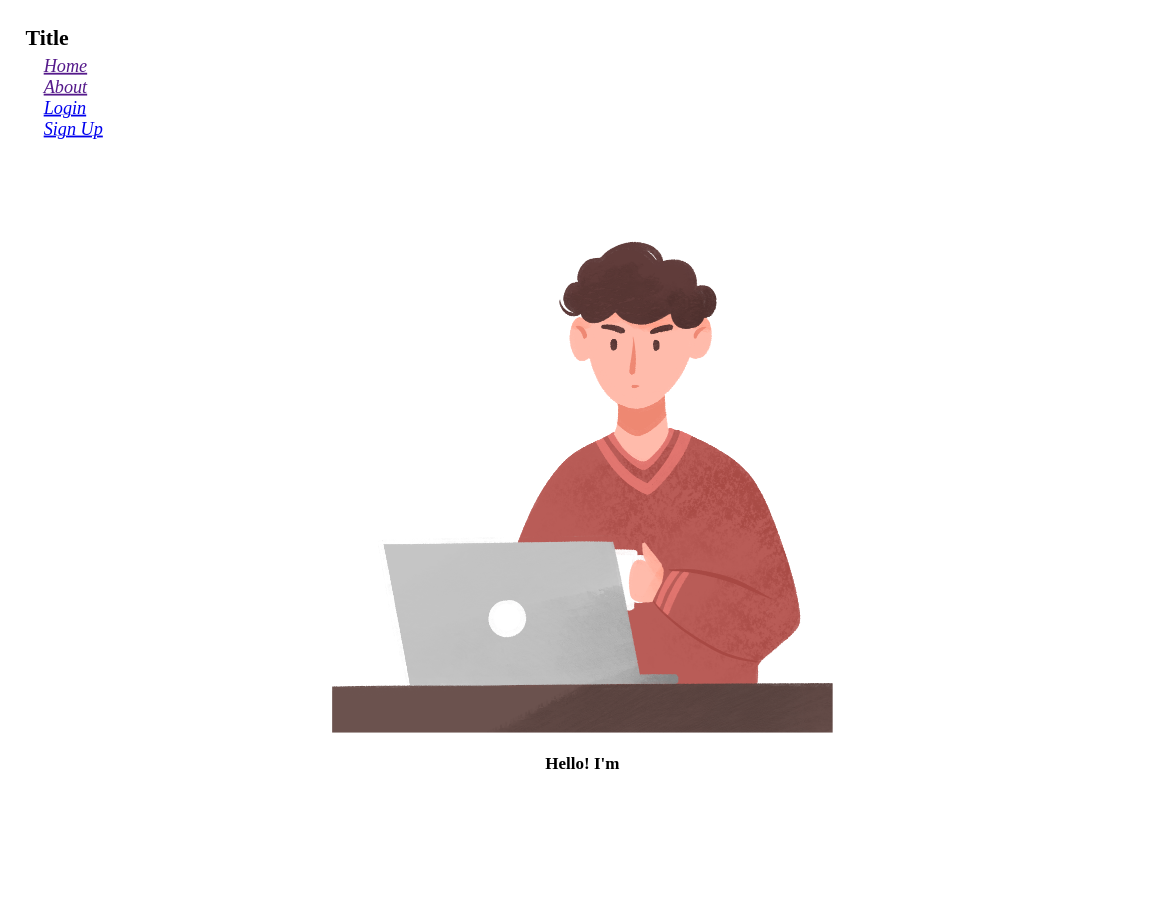
Repository: beruzz/ezen
Page: http://localhost/introduce/
These files come from the project's save history. The page is drawn as it stood at one moment and after the next save; the edit follows.
The browser window is 1280 px wide. The pictures show the whole page, at 91% of full size.
The page is served by Tomcat 9. Other server files are loaded and not shown.

Above is the page before, as saved 2022-12-12 11:32:30.

### JSP_Board&Member/introduce/src/main/webapp/index.jsp
<%@ page language="java" contentType="text/html; charset=UTF-8"
    pageEncoding="UTF-8"%>
<%@ taglib uri = "http://java.sun.com/jsp/jstl/core" prefix="c" %>
<!DOCTYPE html>
<html>
<head>
<meta charset="UTF-8">
<title>Insert title here</title>
<style>
	header {
  		display: flex;
  		justify-content: space-between;
  		align-items: center;
  		list-style: none;
	}
	header > h2 {
		margin-left:20px;
	}
	.one {
    	background-size: cover;
    	text-align: center;
    	padding-top: 180px;
    	padding-bottom: 130px;
	}
	ul {
		list-style: none;
	}
	.menu{
		font-size: 20px;
    	font-style: italic;
    	align-items: center;
    	padding-top: 80px;
   	    position: fixed;
    	height: 80px;
    	display: inline;
	}

</style>
</head>
<body>
	<header id="header">
	<h2>Title</h2>
		<nav class="menu">
			<ul>
				<li><a href="">Home</a></li>
				<li><a href="">About</a></li>
				<li><a href="/mc/login">Login</a></li>
				<li><a href="/mc/join">Sign Up</a></li>
			</ul>
		</nav>
	</header>
		<div class="one">
        	<span class="profile"><img src="./images/me.png" width="550px;" height="550px" alt=""></span>
        	<h3><strong>Hello! I'm </strong><br></h3>
      	</div>
</body>
</html>

After the next save:
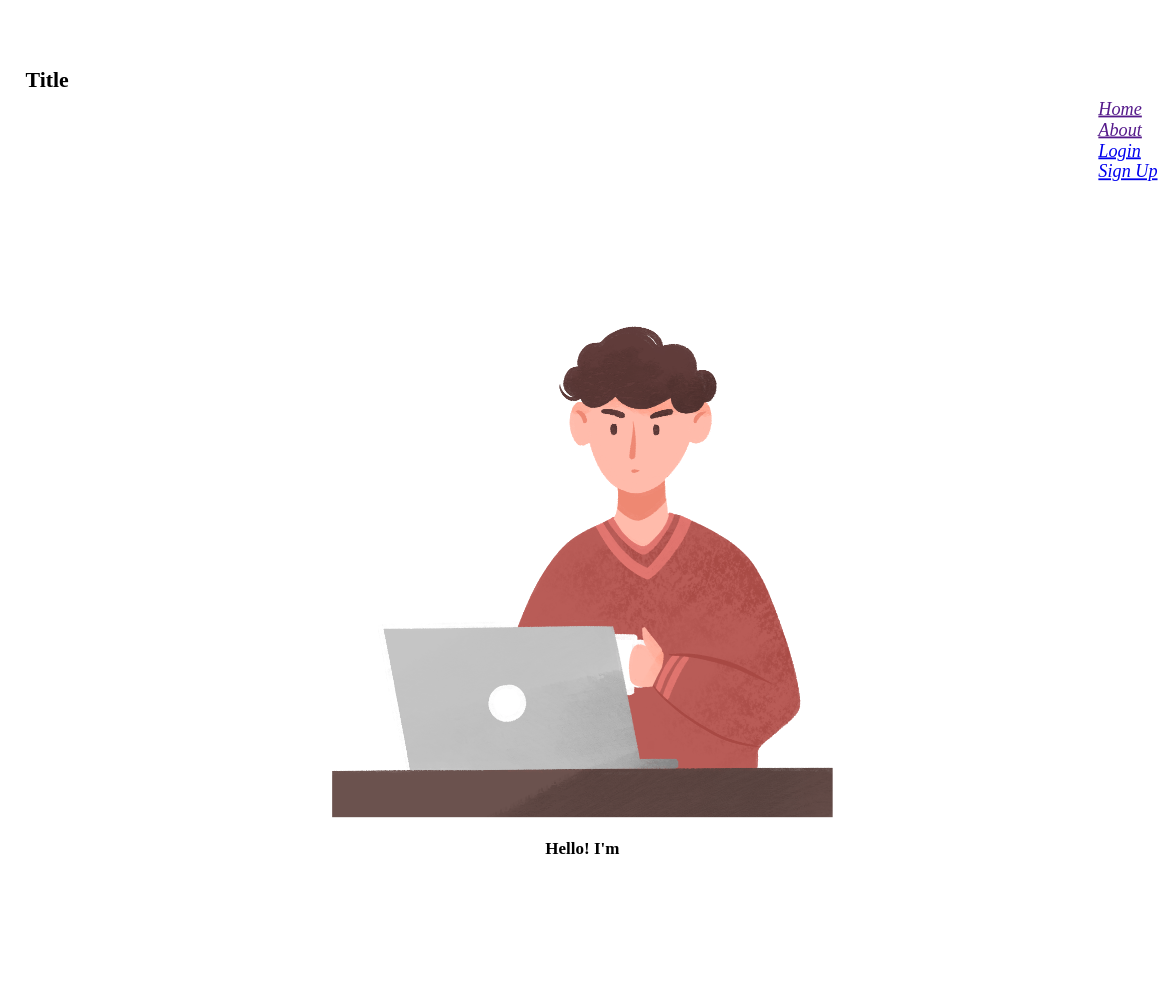
Saved 13 s later.
--- a/JSP_Board&Member/introduce/src/main/webapp/index.jsp
+++ b/JSP_Board&Member/introduce/src/main/webapp/index.jsp
@@ -30,7 +30,7 @@
     	font-style: italic;
     	align-items: center;
     	padding-top: 80px;
-   	    position: fixed;
+
     	height: 80px;
     	display: inline;
 	}
